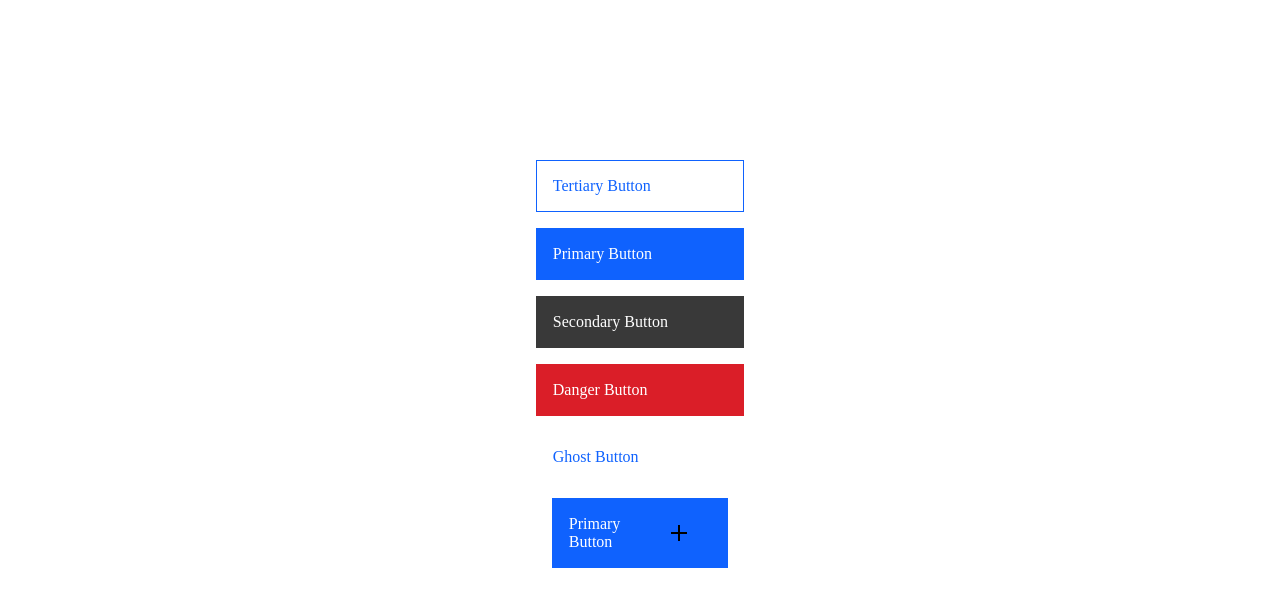
Repository: prav10194/ibm-carbon-components-vanilla
Page: buttons/index.html
An editor plug-in stored every save of this project. The page is shown before and after the next save, followed by the edit.
The browser window is 1280 px wide. The pictures show the whole page.
Some web fonts or font styles are not loaded; a fallback is used.

Above is the page before, as saved 2020-11-12 20:08:38.

After the next save:
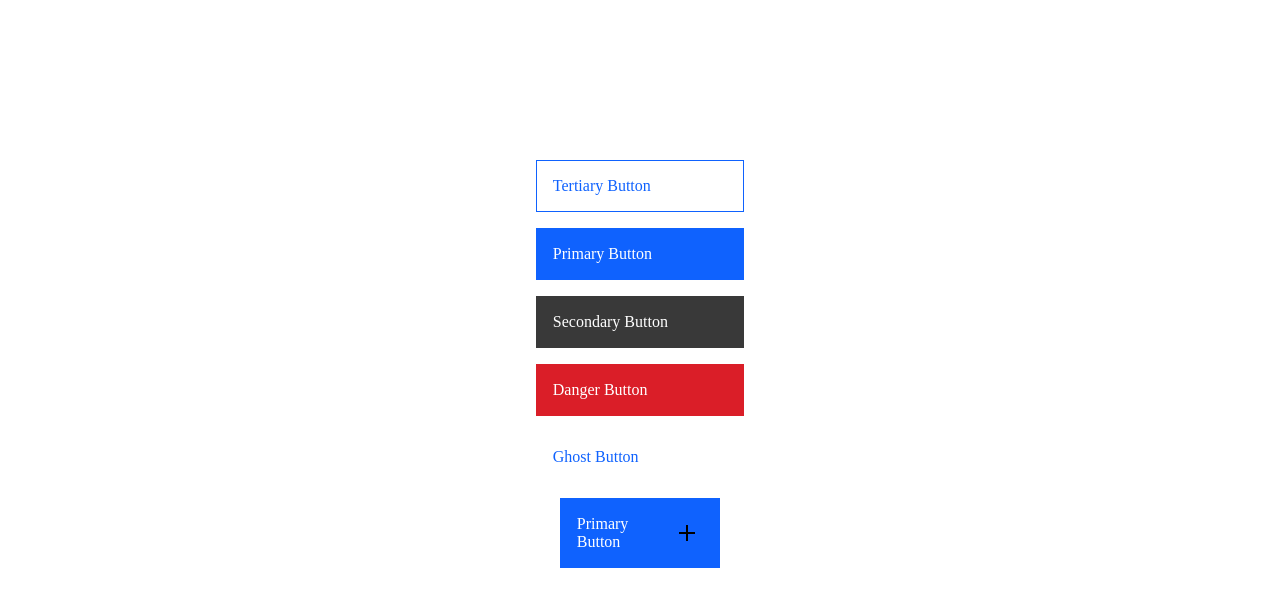
Saved 10 s later.
--- a/buttons/index.css
+++ b/buttons/index.css
@@ -81,7 +81,7 @@
     border: 1px solid #0f62fe;
     background-color: #0f62fe;
     color: white;
-    padding: 1rem 2rem 1rem 1rem;
+    padding: 1rem 1rem 1rem 1rem;
     width: 10%;
     font-family: IBM Plex Sans;
 }
